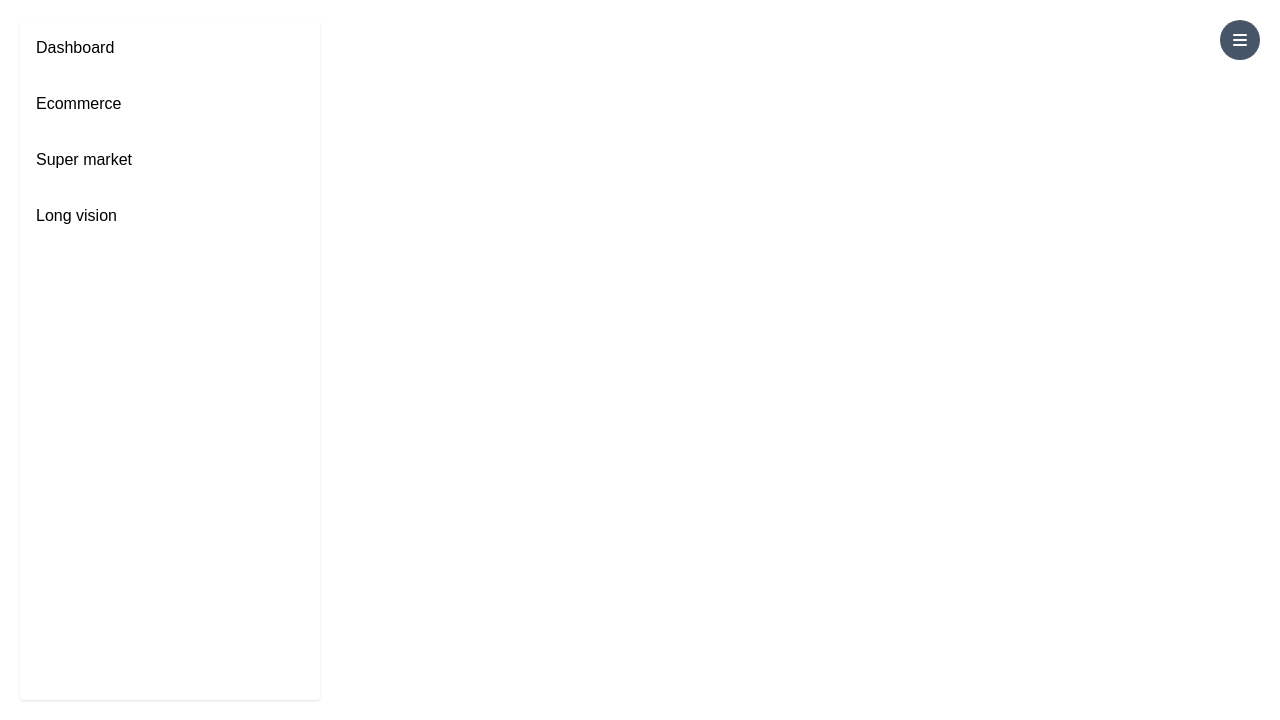
Repository: ngothiep2412/react-redux-course
Page: /
The author's editor kept a copy of each file at every save. The page is drawn from the files as they stood at one save, then again after the next save.
The browser window is 1280 px wide. The pictures show the whole page.
The project was rebuilt for these pictures with package versions that can differ from the ones it lists, and the page was loaded fresh each time. Also part of the build but not shown: src/App.css.

Above is the page before, as saved 2022-08-10 17:48:32.

After the next save:
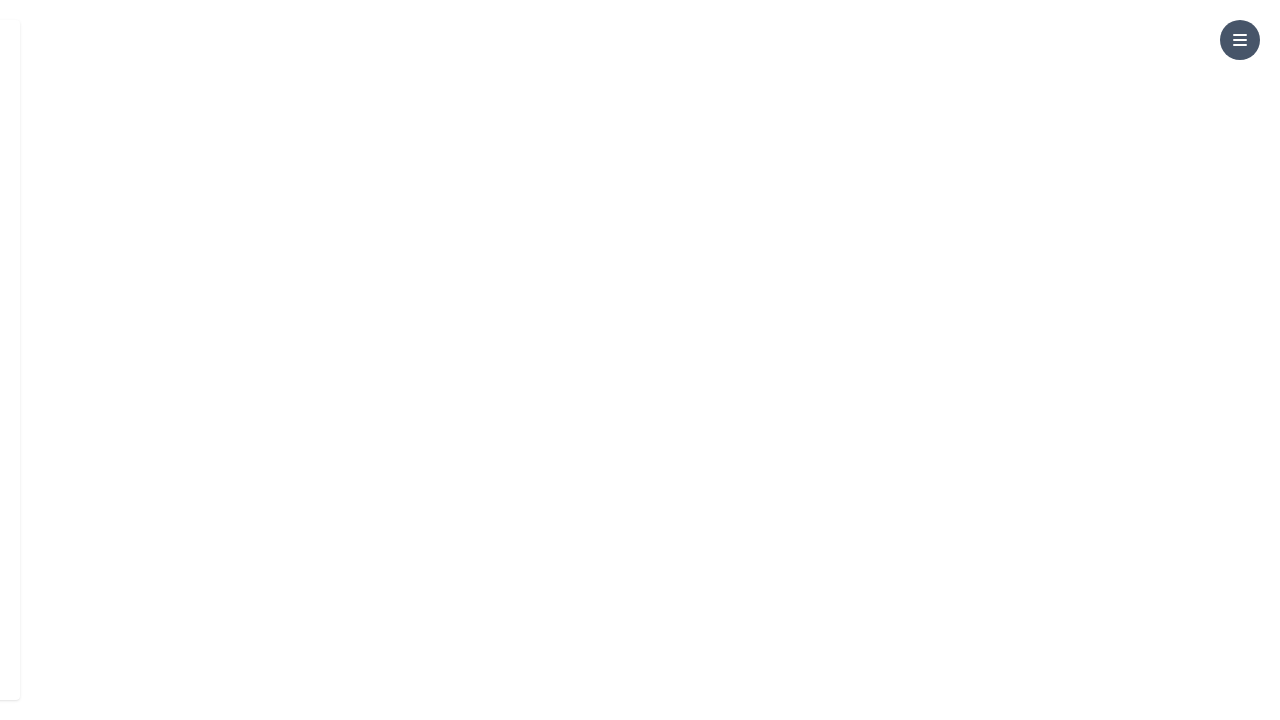
Saved 11 s later.
--- a/src/components/Sidebar.js
+++ b/src/components/Sidebar.js
@@ -2,7 +2,10 @@
 const links = ["Dashboard", "Ecommerce", "Super market", "Long vision"];
 const Sidebar = () => {
   return (
-    <div className="w-[300px] bg-white rounded shadow fixed top-5 left-5 bottom-5 transition-all">
+    <div
+      className="w-[300px] bg-white rounded shadow fixed top-5 left-5 bottom-5 transition-all
+    -translate-x-full"
+    >
       {links.map((item) => (
         <div className="p-4 cursor-pointer hover:bg-gray-50" key={item}>
           {item}

After the save that followed:
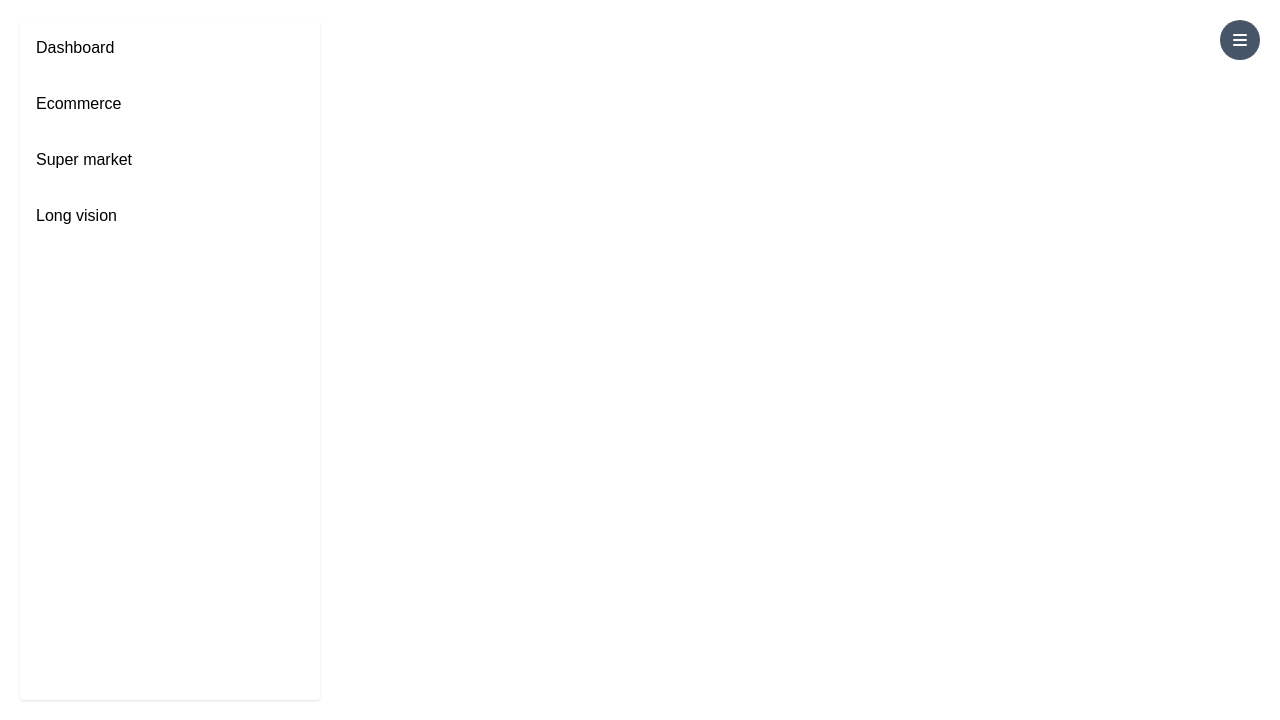
Saved 9 s later.
--- a/src/components/Sidebar.js
+++ b/src/components/Sidebar.js
@@ -4,7 +4,7 @@
   return (
     <div
       className="w-[300px] bg-white rounded shadow fixed top-5 left-5 bottom-5 transition-all
-    -translate-x-full"
+    -translate-x-[200%]]"
     >
       {links.map((item) => (
         <div className="p-4 cursor-pointer hover:bg-gray-50" key={item}>
